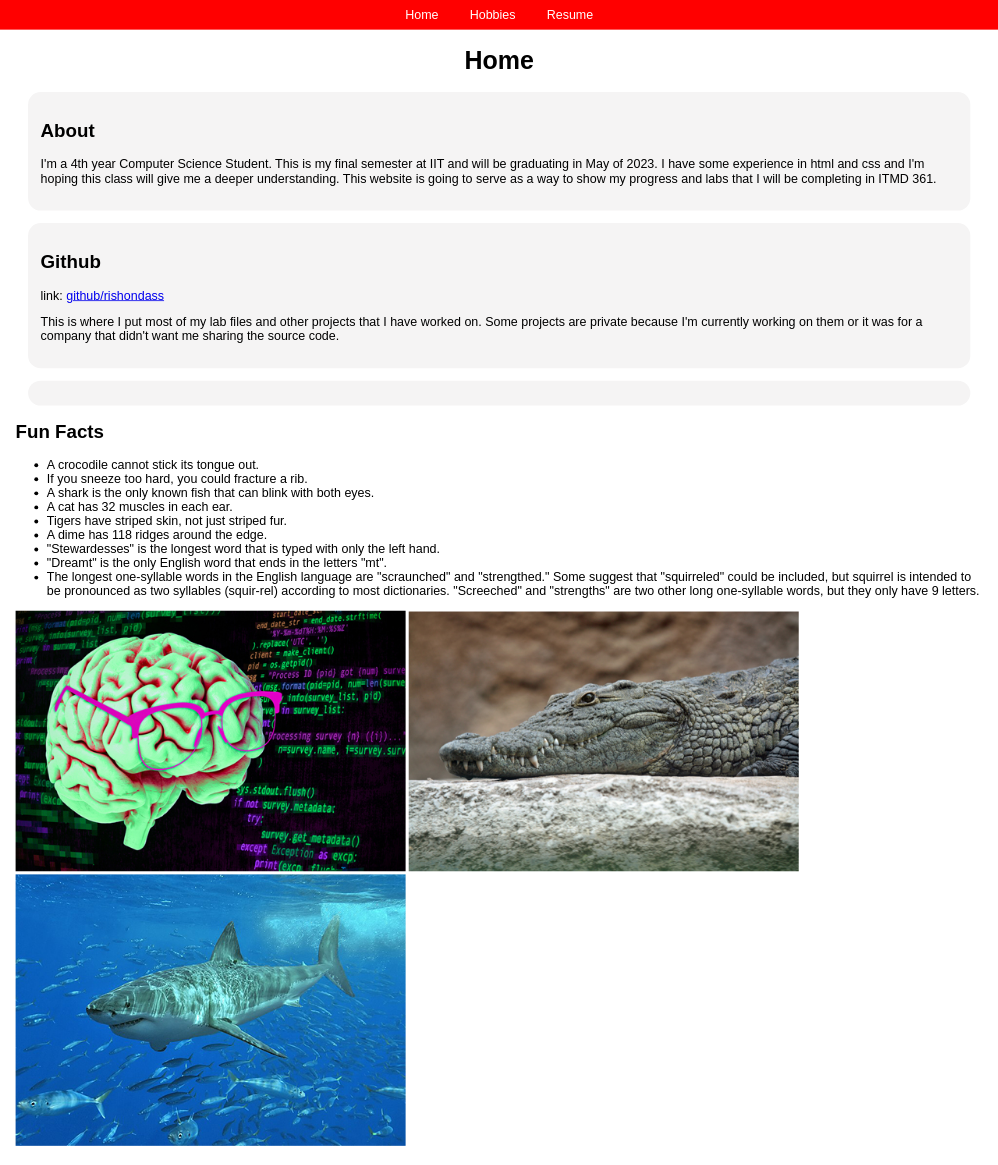
Repository: rishondass/ITMD361-Project2
Page: index.html
These files come from the project's save history. The page is drawn as it stood at one moment and after a run of saves; the edit follows.
The browser window is 1280 px wide. The pictures show the whole page, at 78% of full size.

Above is the page before, as saved 2023-03-07 21:52:10.

After the next 2 saves:
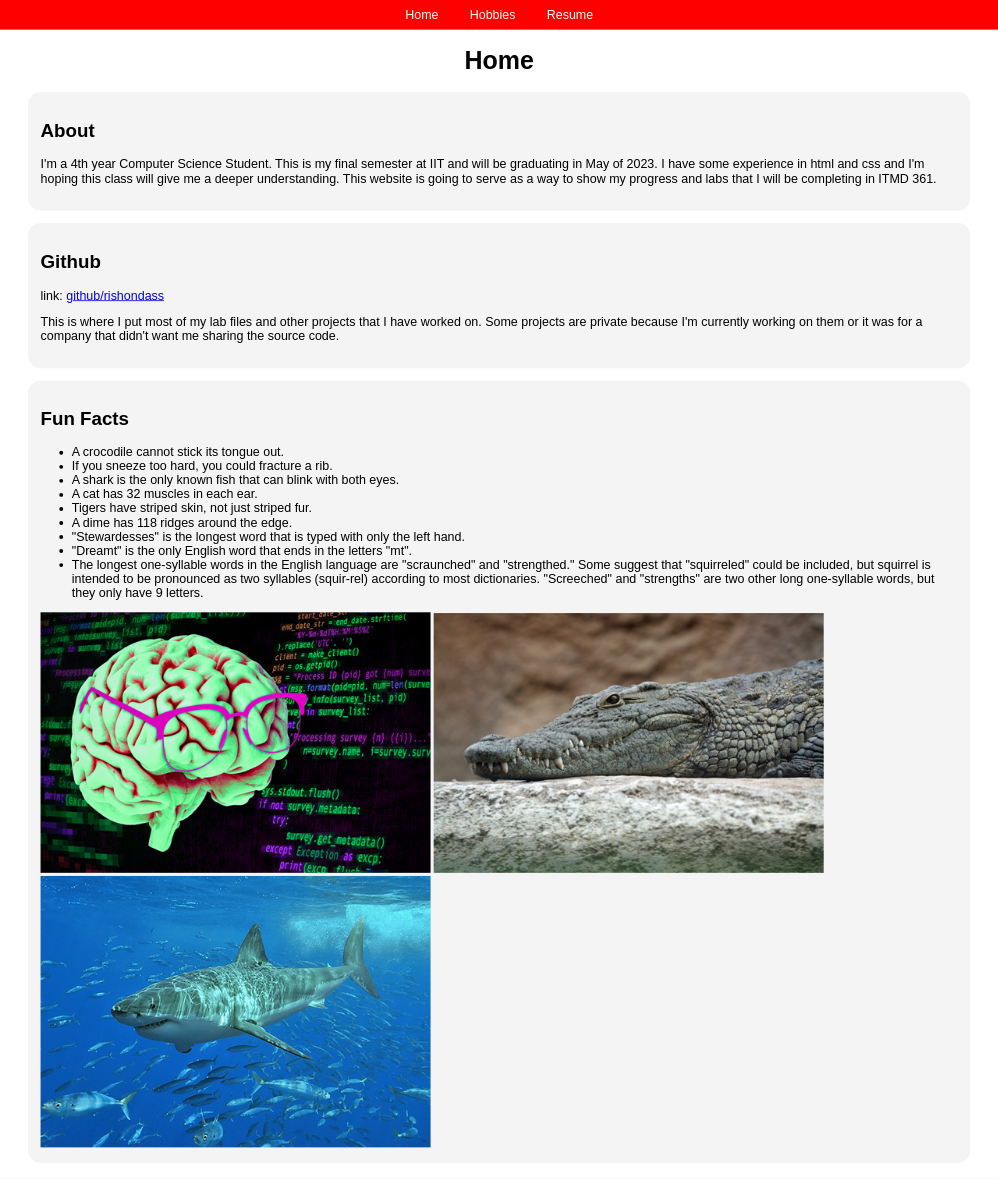
The 2 saves are shown as one change because they came seconds apart.
The last was saved 9 s later.
--- a/index.html
+++ b/index.html
@@ -48,43 +48,43 @@
         </div>
 
         <div id="funfactions-section">
+            <h2>
+                Fun Facts
+            </h2>
+            <ul>
+                <li>
+                    A crocodile cannot stick its tongue out.
+                </li>
+                <li>
+                    If you sneeze too hard, you could fracture a rib.
+                </li>
+                <li>
+                    A shark is the only known fish that can blink with both eyes.
+                </li>
+                <li>
+                    A cat has 32 muscles in each ear.
+                </li>
+                <li>
+                    Tigers have striped skin, not just striped fur.
+                </li>
+                <li>
+                    A dime has 118 ridges around the edge.
+                </li>
+                <li>
+                    "Stewardesses" is the longest word that is typed with only the left hand.
+                </li>
+                <li>
+                    "Dreamt" is the only English word that ends in the letters "mt".
+                </li>
+                <li>
+                    The longest one-syllable words in the English language are "scraunched" and "strengthed." Some suggest that "squirreled" could be included, but squirrel is intended to be pronounced as two syllables (squir-rel) according to most dictionaries. "Screeched" and "strengths" are two other long one-syllable words, but they only have 9 letters.
+                </li>
+            </ul>
+            <img src="images/code.jpg" alt="image_of_code">
+            <img src="images/Nile_crocodile_head.jpg" alt="image_of_crocodile">
+            <img src="images/White_shark.jpg" alt="image_of_shark">
+        </div>
 
-        </div>
-        <h2>
-            Fun Facts
-        </h2>
-        <ul>
-            <li>
-                A crocodile cannot stick its tongue out.
-            </li>
-            <li>
-                If you sneeze too hard, you could fracture a rib.
-            </li>
-            <li>
-                A shark is the only known fish that can blink with both eyes.
-            </li>
-            <li>
-                A cat has 32 muscles in each ear.
-            </li>
-            <li>
-                Tigers have striped skin, not just striped fur.
-            </li>
-            <li>
-                A dime has 118 ridges around the edge.
-            </li>
-            <li>
-                "Stewardesses" is the longest word that is typed with only the left hand.
-            </li>
-            <li>
-                "Dreamt" is the only English word that ends in the letters "mt".
-            </li>
-            <li>
-                The longest one-syllable words in the English language are "scraunched" and "strengthed." Some suggest that "squirreled" could be included, but squirrel is intended to be pronounced as two syllables (squir-rel) according to most dictionaries. "Screeched" and "strengths" are two other long one-syllable words, but they only have 9 letters.
-            </li>
-        </ul>
-        <img src="images/code.jpg" alt="image_of_code">
-        <img src="images/Nile_crocodile_head.jpg" alt="image_of_crocodile">
-        <img src="images/White_shark.jpg" alt="image_of_shark">
 
     </div>
 </body>
